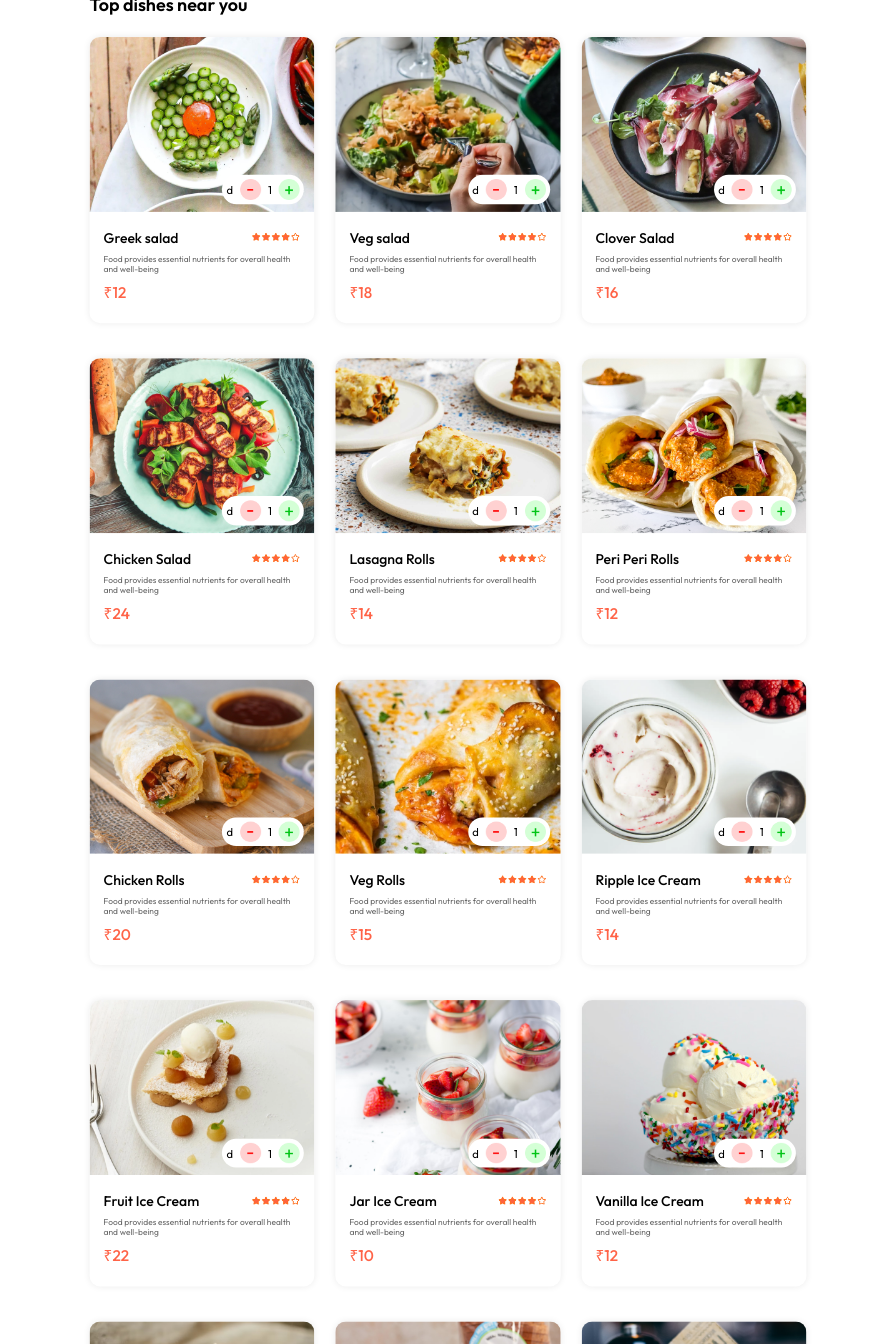
Repository: KartikChouhan03/food-delivery-app
Page: / (app in frontend/), after clicking the first element matching `img.add`
An editor plug-in stored every save of this project. The page is shown before and after the next save, followed by the edit.
The browser window is 1280 px wide. The pictures show the part of the page from y = 974 to 2894 px (the page is 6025 px tall), at 70% of full size.
Some web fonts or font styles are not loaded; a fallback is used. The project was rebuilt for these pictures with package versions that can differ from the ones it lists, and the page was loaded fresh each time. Also part of the build but not shown: frontend/vite.config.js, frontend/src/pages/Cart/Cart.css, frontend/src/pages/Cart/Cart.jsx, frontend/src/pages/PlaceOrder/PlaceOrder.css, frontend/src/pages/PlaceOrder/PlaceOrder.jsx.

Above is the page before, as saved 2025-08-16 00:53:39.

### frontend/index.html
<!doctype html>
<html lang="en">
  <head>
    <meta charset="UTF-8" />
    <link rel="icon" type="image/svg+xml" href="" />
    <meta name="viewport" content="width=device-width, initial-scale=1.0" />
    <title>Foodify</title>
  </head>
  <body>
    <div id="root"></div>
    <script type="module" src="/src/main.jsx"></script>
  </body>
</html>

### frontend/src/main.jsx
import { createRoot } from 'react-dom/client'
import './index.css'
import App from './App.jsx'
import { BrowserRouter} from 'react-router-dom'
import StoreContextProvider from './context/StoreContext.jsx'


createRoot(document.getElementById('root')).render(
  <BrowserRouter>
    <StoreContextProvider>
      <App />
    </StoreContextProvider>
  </BrowserRouter>


)

### frontend/src/index.css

@import url('https://fonts.googleapis.com/css2?family=Montserrat:ital,wght@0,100..900;1,100..900&family=Outfit:wght@100..900&family=Playfair+Display:ital,wght@0,400..900;1,400..900&display=swap');


*{
  padding: 0;
  margin: 0;
  box-sizing: border-box;
  font-family: Outfit;
}

body{
  min-height: 100vh;
}

a{
  text-decoration: none;
  color: inherit;
}

.app{
  width: 80%;
  margin: auto;
}

@keyframes fadeIn{
  0%{
    opacity: 0;
  }
  100%{
    opacity: 1;
  }
}

### frontend/src/App.jsx
import React from 'react'
import Navbar from './components/Navbar/Navbar'
import { Route, Routes } from 'react-router-dom'
import Home from './pages/Home/Home'
import Cart from './pages/Cart/Cart'
import PlaceOrder from './pages/PlaceOrder/PlaceOrder'


const App = () => {
  return (
    <div className='app'>
      <Navbar/>
      <Routes>
        <Route path="/" element={<Home />} />
        <Route path="/cart" element={<Cart />} />
        <Route path="/order" element={<PlaceOrder/>} />
      </Routes>
    </div>
  )
}

export default App

### frontend/src/context/StoreContext.jsx
import { createContext, useEffect, useState } from "react";
import { food_list } from "../assets/assets";


export const StoreContext = createContext(null)

const StoreContextProvider = (props) =>{

    const [cartItems, setCartItems] = useState({});

    const addToCart =(itemId)=>{
        if(!cartItems[itemId]){
            setCartItems((prev)=>({...prev,[itemId]:1}))
        }
        else{
            setCartItems((prev)=>({...prev,[itemId]:prev[itemId]+1}))
        }
    }

    const removeFromCart =(itemId) =>{
        setCartItems((prev)=>({...prev,[itemId]:prev[itemId]-1}))
    }

    useEffect(()=>{

    })


    const contextValue = {
        food_list,
        cartItems,
        setCartItems,
        addToCart,
        removeFromCart,
    }



    return (
        <StoreContext.Provider value ={contextValue}>
            {props.children}
        </StoreContext.Provider>
    )

}

export default StoreContextProvider;

### frontend/src/components/Navbar/Navbar.jsx
import React, { useState } from 'react'
import './Navbar.css'
import {assets} from '../../assets/assets.js'


const Navbar = () => {

  const [menu,setMenu] = useState("home");


  return (
    <div className='navbar'>
      <img className='logo' src={assets.logo} alt="" />
      <ul className='navbar-menu'>
        <li onClick={()=>setMenu("home")} className={menu==="home"?"active":""}>home</li>
        <li onClick={()=>setMenu("menu")} className={menu==="menu"?"active":""}>menu</li>
        <li onClick={()=>setMenu("mobile-app")} className={menu==="mobile-app"?"active":""}>mobile-app</li>
        <li onClick={()=>setMenu("contact-us")} className={menu==="contact-us"?"active":""}>contact us</li>
      </ul>
      <div className="navbar-right">
        <img src={assets.search_icon} alt="" />
        <div className='navbar-search-icon'>
          <img src={assets.basket_icon} alt="" />
          <div className='dot'></div>
        </div>
        <button>Sign in</button>
      </div>
    </div>
  )
}

export default Navbar

### frontend/src/pages/Home/Home.jsx
import React, { useState } from 'react'
import './Home.css'
import Header from '../../components/Header/Header'
import ExploreMenu from '../../components/ExploreMenu/ExploreMenu'
import FoodDisplay from '../../components/FoodDisplay/FoodDisplay'

const Home = () => {

    const [category,setCategory] = useState("All");

  return (
    <div>
      <Header/>
      <ExploreMenu category={category} setCategory={setCategory} />
      <FoodDisplay category={category}/>
    </div>
  )
}

export default Home

### frontend/src/assets/assets.js
import basket_icon from './basket_icon.png'
import logo from './logo.png'
import header_img from './header_img.png'
import search_icon from './search_icon.png'
import menu_1 from './menu_1.png'
import menu_2 from './menu_2.png'
import menu_3 from './menu_3.png'
import menu_4 from './menu_4.png'
import menu_5 from './menu_5.png'
import menu_6 from './menu_6.png'
import menu_7 from './menu_7.png'
import menu_8 from './menu_8.png'

import food_1 from './food_1.png'
import food_2 from './food_2.png'
import food_3 from './food_3.png'
import food_4 from './food_4.png'
import food_5 from './food_5.png'
import food_6 from './food_6.png'
import food_7 from './food_7.png'
import food_8 from './food_8.png'
import food_9 from './food_9.png'
import food_10 from './food_10.png'
import food_11 from './food_11.png'
import food_12 from './food_12.png'
import food_13 from './food_13.png'
import food_14 from './food_14.png'
import food_15 from './food_15.png'
import food_16 from './food_16.png'
import food_17 from './food_17.png'
import food_18 from './food_18.png'
import food_19 from './food_19.png'
import food_20 from './food_20.png'
import food_21 from './food_21.png'
import food_22 from './food_22.png'
import food_23 from './food_23.png'
import food_24 from './food_24.png'
import food_25 from './food_25.png'
import food_26 from './food_26.png'
import food_27 from './food_27.png'
import food_28 from './food_28.png'
import food_29 from './food_29.png'
import food_30 from './food_30.png'
import food_31 from './food_31.png'
import food_32 from './food_32.png'

import add_icon_white from './add_icon_white.png'
import add_icon_green from './add_icon_green.png'
import remove_icon_red from './remove_icon_red.png'
import app_store from './app_store.png'
import play_store from './play_store.png'
import linkedin_icon from './linkedin_icon.png'
import facebook_icon from './facebook_icon.png'
import twitter_icon from './twitter_icon.png'
import cross_icon from './cross_icon.png'
import selector_icon from './selector_icon.png'
import rating_starts from './rating_starts.png'
import profile_icon from './profile_icon.png'
import bag_icon from './bag_icon.png'
import logout_icon from './logout_icon.png'
import parcel_icon from './parcel_icon.png'

export const assets = {
    logo,
    basket_icon,
    header_img,
    search_icon,
    rating_starts,
    add_icon_green,
    add_icon_white,
    remove_icon_red,
    app_store,
    play_store,
    linkedin_icon,
    facebook_icon,
    twitter_icon,
    cross_icon,
    selector_icon,
    profile_icon,
    logout_icon,
    bag_icon,
    parcel_icon
}

export const menu_list = [
    {
        menu_name: "Salad",
        menu_image: menu_1
    },
    {
        menu_name: "Rolls",
        menu_image: menu_2
    },
    {
        menu_name: "Deserts",
        menu_image: menu_3
    },
    {
        menu_name: "Sandwich",
        menu_image: menu_4
    },
    {
        menu_name: "Cake",
        menu_image: menu_5
    },
    {
        menu_name: "Pure Veg",
        menu_image: menu_6
    },
    {
        menu_name: "Pasta",
        menu_image: menu_7
    },
    {
        menu_name: "Noodles",
        menu_image: menu_8
    }]

export const food_list = [
    {
        _id: "1",
        name: "Greek salad",
        image: food_1,
        price: 12,
        description: "Food provides essential nutrients for overall health and well-being",
        category: "Salad"
    },
    {
        _id: "2",
        name: "Veg salad",
        image: food_2,
        price: 18,
        description: "Food provides essential nutrients for overall health and well-being",
        category: "Salad"
    }, {
        _id: "3",
        name: "Clover Salad",
        image: food_3,
        price: 16,
        description: "Food provides essential nutrients for overall health and well-being",
        category: "Salad"
    }, {
        _id: "4",
        name: "Chicken Salad",
        image: food_4,
        price: 24,
        description: "Food provides essential nutrients for overall health and well-being",
        category: "Salad"
    }, {
        _id: "5",
        name: "Lasagna Rolls",
        image: food_5,
        price: 14,
        description: "Food provides essential nutrients for overall health and well-being",
        category: "Rolls"
    }, {
        _id: "6",
        name: "Peri Peri Rolls",
        image: food_6,
        price: 12,
        description: "Food provides essential nutrients for overall health and well-being",
        category: "Rolls"
    }, {
        _id: "7",
        name: "Chicken Rolls",
        image: food_7,
        price: 20,
        description: "Food provides essential nutrients for overall health and well-being",
        category: "Rolls"
    }, {
        _id: "8",
        name: "Veg Rolls",
        image: food_8,
        price: 15,
        description: "Food provides essential nutrients for overall health and well-being",
        category: "Rolls"
    }, {
        _id: "9",
        name: "Ripple Ice Cream",
        image: food_9,
        price: 14,
        description: "Food provides essential nutrients for overall health and well-being",
        category: "Deserts"
    }, {
        _id: "10",
        name: "Fruit Ice Cream",
        image: food_10,
        price: 22,
        description: "Food provides essential nutrients for overall health and well-being",
        category: "Deserts"
    }, {
        _id: "11",
        name: "Jar Ice Cream",
        image: food_11,
        price: 10,
        description: "Food provides essential nutrients for overall health and well-being",
        category: "Deserts"
    }, {
        _id: "12",
        name: "Vanilla Ice Cream",
        image: food_12,
        price: 12,
        description: "Food provides essential nutrients for overall health and well-being",
        category: "Deserts"
    },
    {
        _id: "13",
        name: "Chicken Sandwich",
        image: food_13,
        price: 12,
        description: "Food provides essential nutrients for overall health and well-being",
        category: "Sandwich"
    },
    {
        _id: "14",
        name: "Vegan Sandwich",
        image: food_14,
        price: 18,
        description: "Food provides essential nutrients for overall health and well-being",
        category: "Sandwich"
    }, {
        _id: "15",
        name: "Grilled Sandwich",
        image: food_15,
        price: 16,
        description: "Food provides essential nutrients for overall health and well-being",
        category: "Sandwich"
    }, {
        _id: "16",
        name: "Bread Sandwich",
        image: food_16,
        price: 24,
        description: "Food provides essential nutrients for overall health and well-being",
        category: "Sandwich"
    }, {
        _id: "17",
        name: "Cup Cake",
        image: food_17,
        price: 14,
        description: "Food provides essential nutrients for overall health and well-being",
        category: "Cake"
    }, {
        _id: "18",
        name: "Vegan Cake",
        image: food_18,
        price: 12,
        description: "Food provides essential nutrients for overall health and well-being",
        category: "Cake"
    }, {
        _id: "19",
        name: "Butterscotch Cake",
        image: food_19,
        price: 20,
        description: "Food provides essential nutrients for overall health and well-being",
        category: "Cake"
    }, {
        _id: "20",
        name: "Sliced Cake",
        image: food_20,
        price: 15,
        description: "Food provides essential nutrients for overall health and well-being",
        category: "Cake"
    }, {
        _id: "21",
        name: "Garlic Mushroom ",
        image: food_21,
        price: 14,
        description: "Food provides essential nutrients for overall health and well-being",
        category: "Pure Veg"
    }, {
        _id: "22",
        name: "Fried Cauliflower",
        image: food_22,
        price: 22,
        description: "Food provides essential nutrients for overall health and well-being",
        category: "Pure Veg"
    }, {
        _id: "23",
        name: "Mix Veg Pulao",
        image: food_23,
        price: 10,
        description: "Food provides essential nutrients for overall health and well-being",
        category: "Pure Veg"
    }, {
        _id: "24",
        name: "Rice Zucchini",
        image: food_24,
        price: 12,
        description: "Food provides essential nutrients for overall health and well-being",
        category: "Pure Veg"
    },
    {
        _id: "25",
        name: "Cheese Pasta",
        image: food_25,
        price: 12,
        description: "Food provides essential nutrients for overall health and well-being",
        category: "Pasta"
    },
    {
        _id: "26",
        name: "Tomato Pasta",
        image: food_26,
        price: 18,
        description: "Food provides essential nutrients for overall health and well-being",
        category: "Pasta"
    }, {
        _id: "27",
        name: "Creamy Pasta",
        image: food_27,
        price: 16,
        description: "Food provides essential nutrients for overall health and well-being",
        category: "Pasta"
    }, {
        _id: "28",
        name: "Chicken Pasta",
        image: food_28,
        price: 24,
        description: "Food provides essential nutrients for overall health and well-being",
        category: "Pasta"
    }, {
        _id: "29",
        name: "Buttter Noodles",
        image: food_29,
        price: 14,
        description: "Food provides essential nutrients for overall health and well-being",
        category: "Noodles"
    }, {
        _id: "30",
        name: "Veg Noodles",
        image: food_30,
        price: 12,
        description: "Food provides essential nutrients for overall health and well-being",
        category: "Noodles"
    }, {
        _id: "31",
        name: "Somen Noodles",
        image: food_31,
        price: 20,
        description: "Food provides essential nutrients for overall health and well-being",
        category: "Noodles"
    }, {
        _id: "32",
        name: "Cooked Noodles",
        image: food_32,
        price: 15,
        description: "Food provides essential nutrients for overall health and well-being",
        category: "Noodles"
    }
]

### frontend/src/components/Navbar/Navbar.css
.navbar{
    padding: 20px 0px;
    display: flex;
    justify-content: space-between;
    align-items: center;
}

.navbar .logo{
    width: 150px;
}

.navbar-menu{
    display: flex;
    list-style: none;
    gap: 20px;
    color: #49557e;
    font-size: 18px;
}

.navbar-right{
    display: flex;
    align-items: center;
    gap: 40px;
}

.navbar button{
    background: transparent;
    font-size: 16px;
    color: #49557e;
    border: 1px solid tomato;
    padding: 10px 30px;
    border-radius: 50px;
    cursor: pointer;
    transition: 0.4s;
}

.navbar button:hover{
    background-color: #fff4f2;
}

.navbar .active{
    padding-bottom: 2px;
    border-bottom: 2px solid #49557e;
}

.navbar li{
    cursor: pointer;
}

.navbar-search-icon {
    position: relative;
}

.navbar-search-icon .dot{
    position: absolute;
    min-width: 10px;
    min-height: 10px;
    background-color: tomato;
    border-radius:5px ;
    top: -8px;
    right: -8px;
}

### frontend/src/components/Header/Header.jsx
import React from 'react'
import './Header.css'

const Header = () => {
  return (
    <div className='header'>
      <div className="header-contents">
        <h2>Order your favourite food here</h2>
        <p>Choose from a diverse menu featuring a delectable array of dishes crafted with the finest ingredients and culinary expertise. Our mission is to statisfy your craving and elevate your dining experience, one delicious meal at a time.</p>
        <button>View Menu</button>
      </div>
    </div>
  )
}

export default Header

### frontend/src/components/ExploreMenu/ExploreMenu.jsx
import React from 'react'
import './ExploreMenu.css'
import { menu_list } from '../../assets/assets.js'


const ExploreMenu = ({category,setCategory}) => {
  return (
    <div className='explore-menu' id='explore-menu'>
      <h1>Explore our menu</h1>
      <p className='explore-menu-text'>Choose from a diverse menu featuring a delectable array of dishes crafted with the finest ingredients and culinary expertise. Our mission is to statisfy your craving and elevate your dining experience, one delicious meal at a time. </p>
      <div className='explore-menu-list'>
        {menu_list.map((item, index)=>{
            return(
                <div onClick={()=>setCategory(prev=>prev===item.menu_name?"All":item.menu_name)} key={index} className="explore-menu-list-item">
                    <img className={category===item.menu_name?"active":""} src={item.menu_image} alt="" />
                    <p>{item.menu_name}</p>
                </div>
            )
        })}
      </div>
      <hr />
    </div>
  )
}

export default ExploreMenu

### frontend/src/components/FoodDisplay/FoodDisplay.jsx
import React, { useContext } from 'react'
import './FoodDisplay.css'
import { StoreContext } from '../../context/StoreContext'
import FoodItem from '../FoodItem/FoodItem'


const FoodDisplay = (category) => {

    const {food_list} = useContext(StoreContext)

  return (
    <div className='food-display' id='food-display'>
       <h2>Top dishes near you</h2>
       <div className="food-display-list">
        {food_list.map((item,index)=>{
            return <FoodItem key={index} id={item.id} name={item.name} description={item.description} price= {item.price} image={item.image}/>
        })}
       </div>
    </div>
  )
}

export default FoodDisplay

### frontend/src/components/Header/Header.css
.header{
    height: 34vw;
    margin: 30px auto;
    background:url('./header_img.png') no-repeat ;
    background-size: contain;
    position: relative;
}

.header-contents{
    position: absolute;
    display: flex;
    flex-direction: column;
    align-items: start;
    gap: 1.5vw;
    max-width: 50%;
    bottom: 10%;
    left: 6vw;
    animation:fadeIn 3s;
}

.header-contents h2{
    font-weight: 500;
    color:white;
    font-size: max(4.5vw, 22px) ;

}

.header-contents p{
    color: white;
    font-size: 1vw;
}

.header-contents button{
    border: none;
    color: #747474;
    font-weight: 500;
    padding: 1vw 2.3vw;
    background-color: white;
    font-size: max(1vw,13px);
    border-radius:50px ;
}

### frontend/src/components/ExploreMenu/ExploreMenu.css
.explore-menu{
    display: flex;
    flex-direction: column ;
    gap: 20px;
}

.explore-menu h1{
    color: #262626;
    font-weight: 500;
}

.explore-menu-text{
    max-width: 60%;
    columns: #808080;
}

.explore-menu-list{
    display: flex;
    justify-content: space-between;
    align-items: center;
    gap: 30px;
    text-align: center;
    margin: 20px 0px;
    overflow: scroll;
}

.explore-menu-list::-webkit-scrollbar{
    display: none;
}

.explore-menu-list-item img{
    width: 7.5vw;
    min-width: 80px;
    cursor: pointer;
    border-radius: 50%;
    transition: 0.3s;
}

.explore-menu-list-item p {
    margin-top: 10px;
    color: #747474;
    font-size: max(1.4vw,16px);
    cursor: pointer;
}

.explore-menu hr{
    margin: 10px 0px;
    height: 2px;
    background-color: #e2e2e2;
    border: none;
}

.explore-menu-list-item .active{
    border: 4px solid tomato;
    padding: 32;
}

### frontend/src/components/FoodDisplay/FoodDisplay.css
.food-display{
    margin-top: 30px;
}

.food-display h2{
    font-size: max(2vw,24px);
    font-weight: 600;
}

.food-display-list{
    display: grid;
    grid-template-columns: repeat(auto-fill,minmax(240px,1fr));
    margin-top: 30px;
    gap:30px;
    row-gap: 50px;
}

### frontend/src/components/FoodItem/FoodItem.jsx
import React, { useContext} from 'react'
import './FoodItem.css'
import { assets } from '../../assets/assets'
import { StoreContext } from '../../context/StoreContext'

const FoodItem = ({id, name, price, description, image}) => {


  const {cartItems,addToCart, removeFromCart} = useContext(StoreContext);


  return (
    <div className='food-item'>
      <div className="food-item-img-container">
        <img className="food-item-image" src={image} alt={name} />
        {
          !cartItems[id]
            ? <img className='add' onClick={()=>addToCart(id)} src={assets.add_icon_white}/> :
              <div className='food-item-counter'>d
                <img onClick={()=>removeFromCart(id)} src={assets.remove_icon_red} alt="" />
                <p>{cartItems[id]}</p>
                <img onClick={()=>addToCart(id)} src={assets.add_icon_green} alt="" />
              </div>
        }
      </div>
      <div className="food-item-info">
        <div className="food-item-name-rating">
            <p>{name}</p>
            <img src={assets.rating_starts} alt="rating" />
        </div>
        <p className="food-item-desc">{description}</p>
        <p className="food-item-price">₹{price}</p>
      </div>
    </div>
  )
}

export default FoodItem

### frontend/src/components/FoodItem/FoodItem.css
.food-item{
    width: 100%;
    margin: auto;
    border-radius:15px ;
    box-shadow: 0px 0px 10px #00000015;
    transition: 0.3s;
    animation: fadeIn 1s;
}

.food-item-image{
    width: 100%;
    border-radius:15px 15px 0px 0px ;
}

.food-item-info{
    padding: 20px;
}

.food-item-name-rating{
    display: flex;
    justify-content: space-between;
    margin-bottom: 10px;
    align-items: center;
}

.food-item-name-rating p{
    font-size: 20px;
    font-weight: 500;
}

.food-item-name-rating img{
    width: 70px;
}

.food-item-desc{
    color: #676767;
    font-size: 12px;
}

.food-item-price{
    color: tomato;
    font-size: 22px;
    font-weight: 500;
    margin: 10px 0px;
}

.food-item-img-container{
    position: relative;
}

.food-item-img-container .add{
    width: 35px ;
    position: absolute;
    bottom: 15px;
    right: 15px;
    cursor: pointer;
    border-radius: 50%;
}

.food-item-counter{
    position: absolute;
    bottom: 15px;
    right: 15px;
    display: flex;
    align-items: center;
    gap: 10px;
    padding: 6px;
    border-radius:50px ;
    background-color: white;
}

.food-item-counter img{
    width: 30px;
}

Loaded but not shown: frontend/src/pages/Home/Home.css (no stored copy; drawn as an empty file)

After the next save:
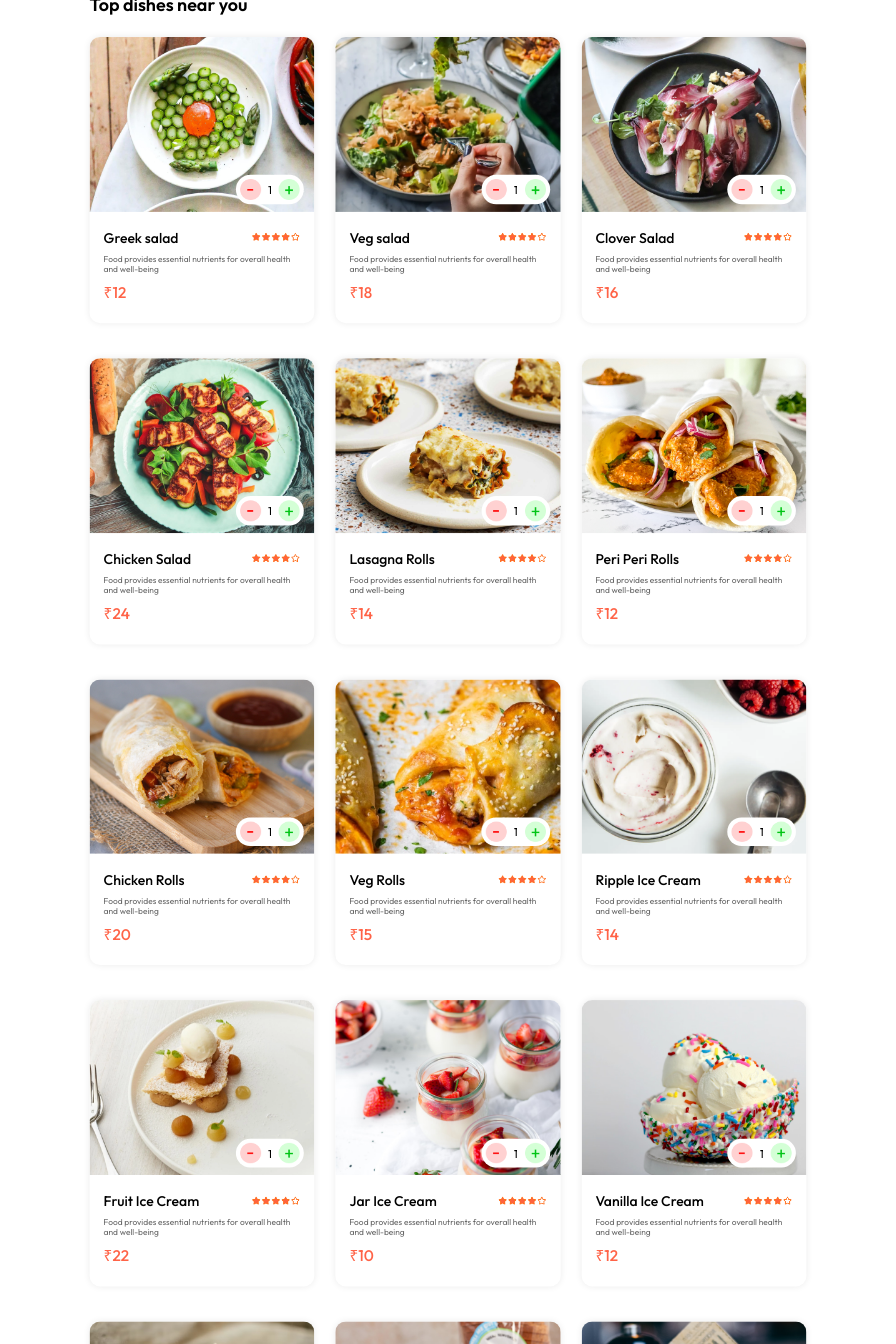
Saved 22 s later.
--- a/frontend/src/components/FoodItem/FoodItem.jsx
+++ b/frontend/src/components/FoodItem/FoodItem.jsx
@@ -16,7 +16,7 @@ const FoodItem = ({id, name, price, description, image}) => {
         {
           !cartItems[id]
             ? <img className='add' onClick={()=>addToCart(id)} src={assets.add_icon_white}/> :
-              <div className='food-item-counter'>d
+              <div className='food-item-counter'>
                 <img onClick={()=>removeFromCart(id)} src={assets.remove_icon_red} alt="" />
                 <p>{cartItems[id]}</p>
                 <img onClick={()=>addToCart(id)} src={assets.add_icon_green} alt="" />
